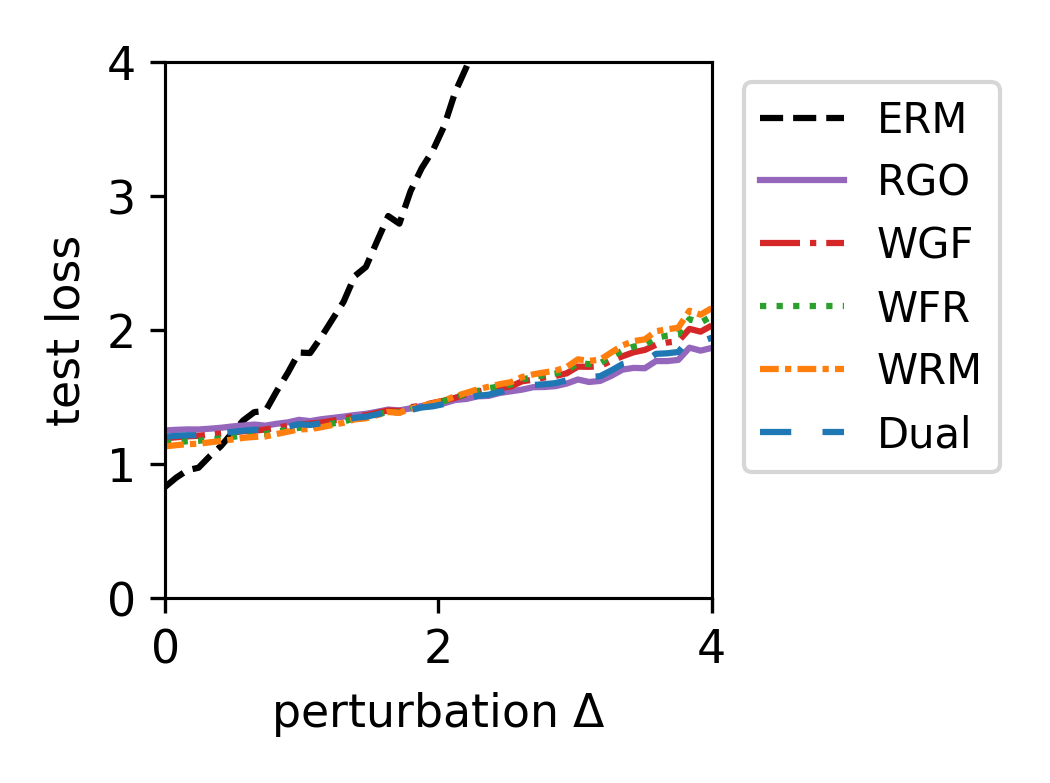
Repository: ZusenXu/GFS-DRO
Script's output: python uncertain_least_squares/uncertain_least_squares.py
An editor plug-in stored every save of this project. The script's output is shown before and after the next save, followed by the edit.
Random numbers start from a fixed seed.

Above is the script's output before, as saved 2025-09-13 21:03:16.

After the next save:
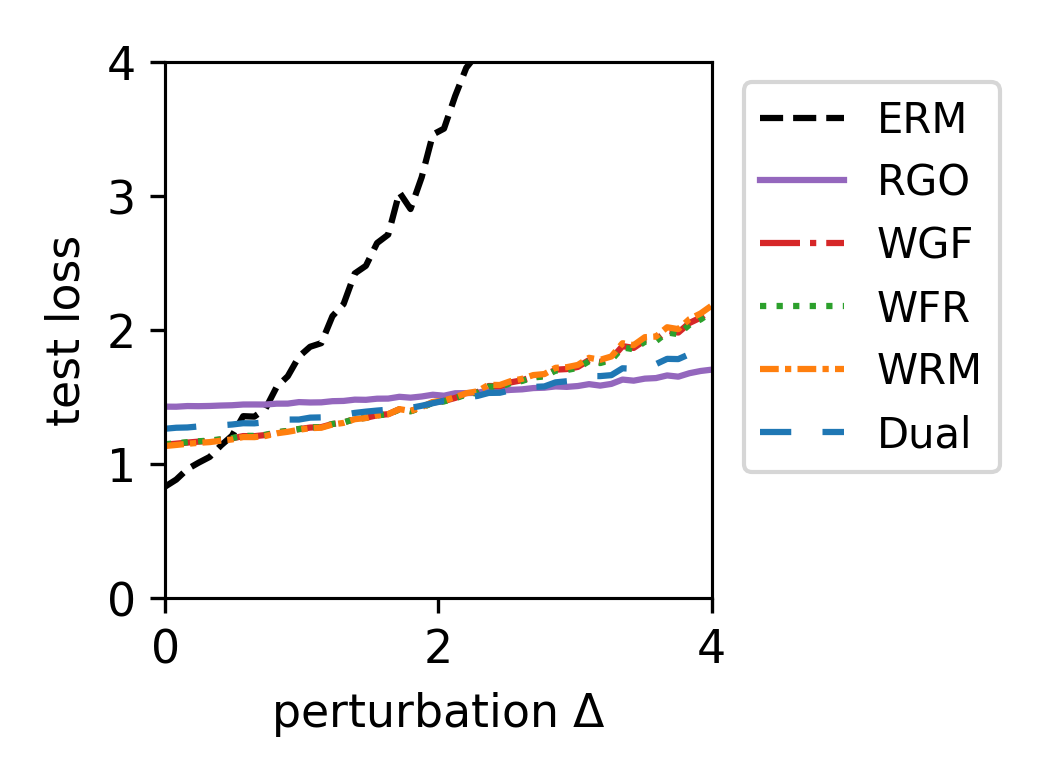
Saved 59 s later.
--- a/uncertain_least_squares/uncertain_least_squares.py
+++ b/uncertain_least_squares/uncertain_least_squares.py
@@ -20,7 +20,7 @@ DELTA_STEPS = 50
 # --- DRO 算法超参数 ---
 N_EPOCHS = 50 # 外部优化的迭代轮数
 LEARNING_RATE = 0.01 # 外部优化 theta 的学习率
-LAMBDA_VAL = 0.5 # 正则化参数 lambda
+LAMBDA_VAL = 0.2 # 正则化参数 lambda
 EPSILON = 0.5 # 熵正则化参数 epsilon
 GRAD_CLIP_THRESHOLD = 10.0 # 梯度裁剪阈值，防止梯度爆炸
 
